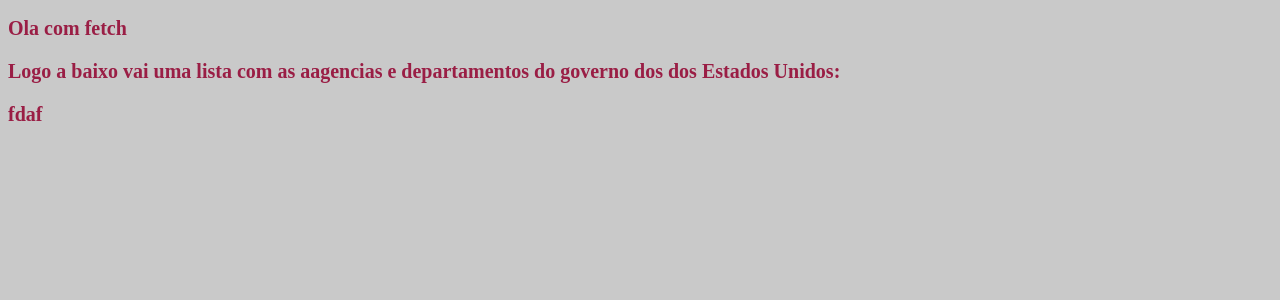
Repository: gustavo-eng/usaJobs
Page: index.html
These files come from the project's save history. The page is drawn as it stood at one moment and after the next save; the edit follows.
The browser window is 1280 px wide. The pictures show the whole page.
The page's requests for data from a server got no answer.

Above is the page before, as saved 2023-01-08 17:49:28.

After the next save:
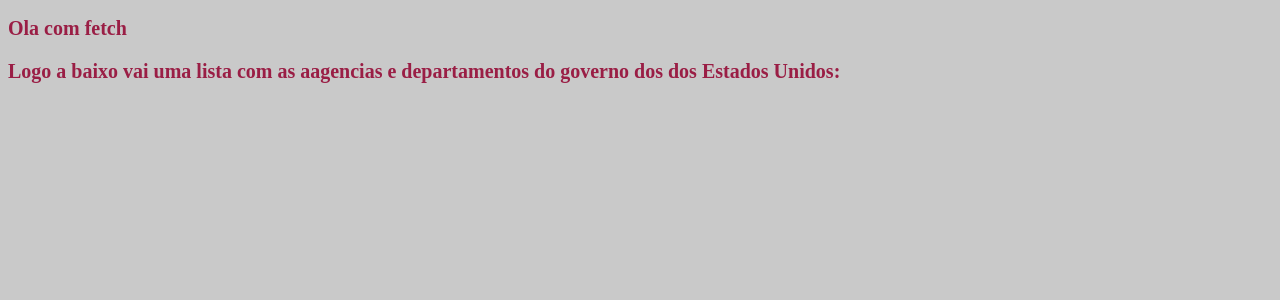
Console error: SyntaxError: Unexpected token '.'
Saved 3 min 34 s later.
--- a/index.html
+++ b/index.html
@@ -26,7 +26,9 @@
         fetch('https://data.usajobs.gov/api/codelist/agencysubelements')
             .then(res => res.json())
             .then((dados) =>  {
-                job.push(dados.CodeList[0].ValidValue )
+                for(let cargo of dados.CodeList[0].ValidValue){
+                    job.push({cargo.Value})
+                }
                 show(dados.CodeList[0].ValidValue)
                 return dados.CodeList[0].ValidValue
             })

After the save that followed:
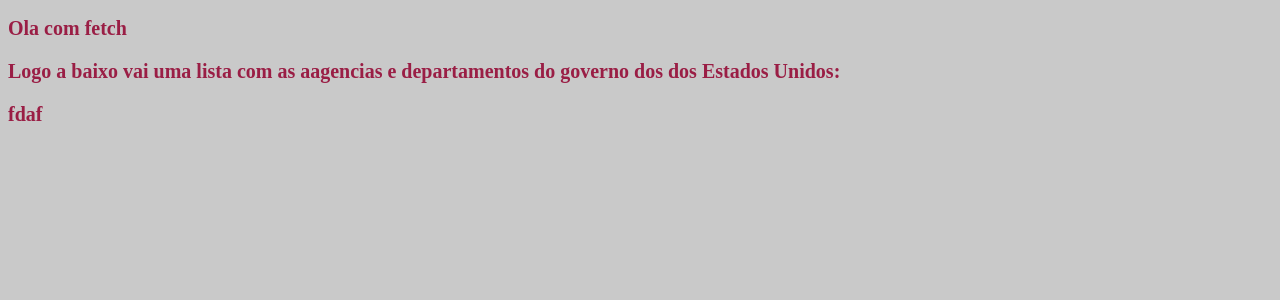
The error is gone.
Saved 20 s later.
--- a/index.html
+++ b/index.html
@@ -27,7 +27,7 @@
             .then(res => res.json())
             .then((dados) =>  {
                 for(let cargo of dados.CodeList[0].ValidValue){
-                    job.push({cargo.Value})
+                    job.push({cargo})
                 }
                 show(dados.CodeList[0].ValidValue)
                 return dados.CodeList[0].ValidValue
